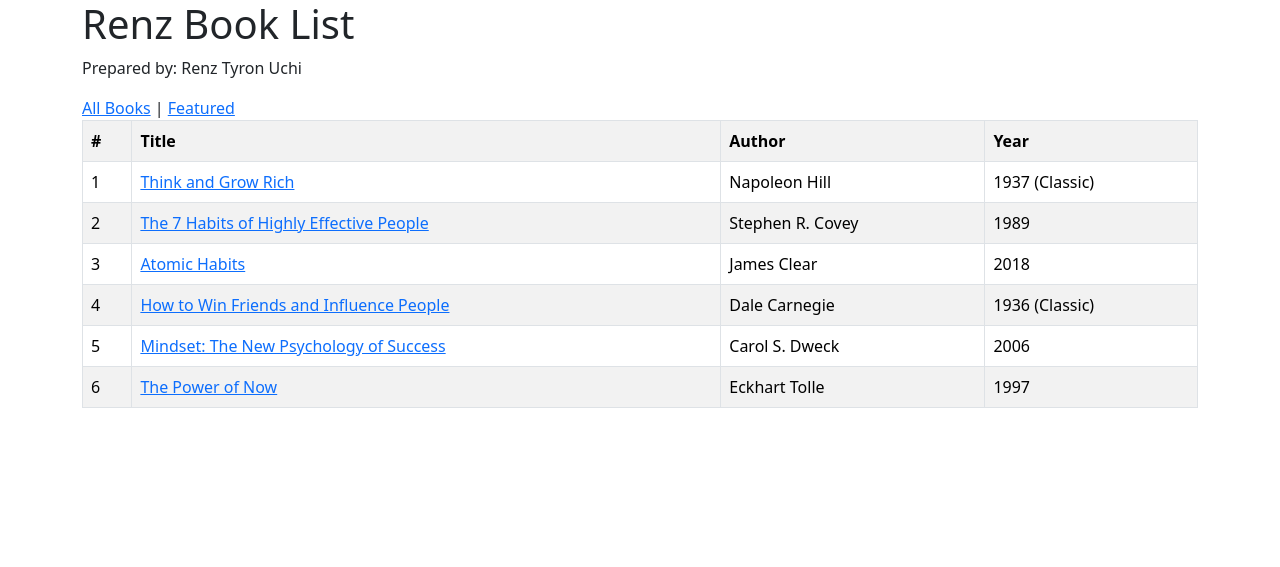
Repository: Uchi31/itrackb4-la6-uchi-renztyron
Page: http://localhost/books
These files come from the project's save history. The page is drawn as it stood at one moment and after the next save; the edit follows.
The browser window is 1280 px wide. The pictures show the whole page.
The page is served by the project's Laravel application, run on PHP 8.4 with Laravel 12.

Above is the page before, as saved 2026-10-01 16:45:11.

After the next save:
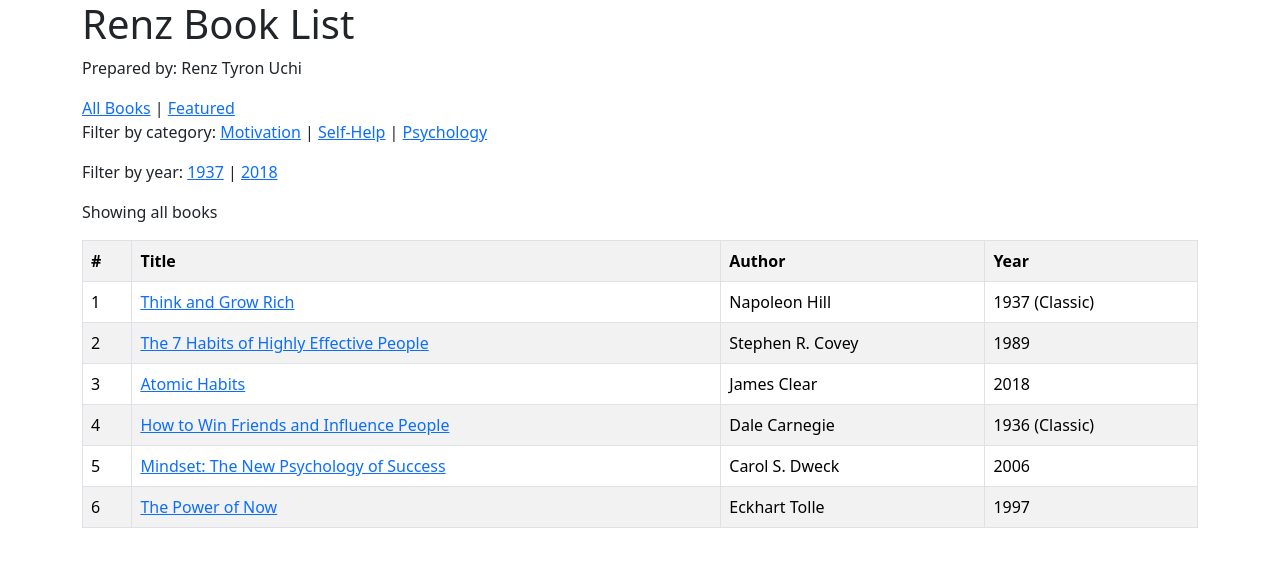
Saved 8 min 13 s later.
--- a/resources/views/books/index.blade.php
+++ b/resources/views/books/index.blade.php
@@ -3,6 +3,34 @@
 @section('title', 'All Books')
 
 @section('content')
+    <p>
+        Filter by category:
+        <a href="{{ route('books.index', ['category' => 'Motivation', 'year' => $year]) }}">Motivation</a>
+        |
+        <a href="{{ route('books.index', ['category' => 'Self-Help', 'year' => $year]) }}">Self-Help</a>
+        |
+        <a href="{{ route('books.index', ['category' => 'Psychology', 'year' => $year]) }}">Psychology</a>
+    </p>
+
+    <p>
+        Filter by year:
+        <a href="{{ route('books.index', ['category' => $category, 'year' => 1937]) }}">1937</a>
+        |
+        <a href="{{ route('books.index', ['category' => $category, 'year' => 2018]) }}">2018</a>
+    </p>
+
+    <p>
+        @if ($category || $year)
+            Active filters:
+            @if ($category) Category: {{ $category }} @endif
+            @if ($year) Year: {{ $year }} @endif
+            |
+            <a href="{{ route('books.index') }}">Clear all filters</a>
+        @else
+            Showing all books
+        @endif
+    </p>
+
     @forelse ($books as $book)
         @if ($loop->first)
             <table class="table table-striped table-bordered">
